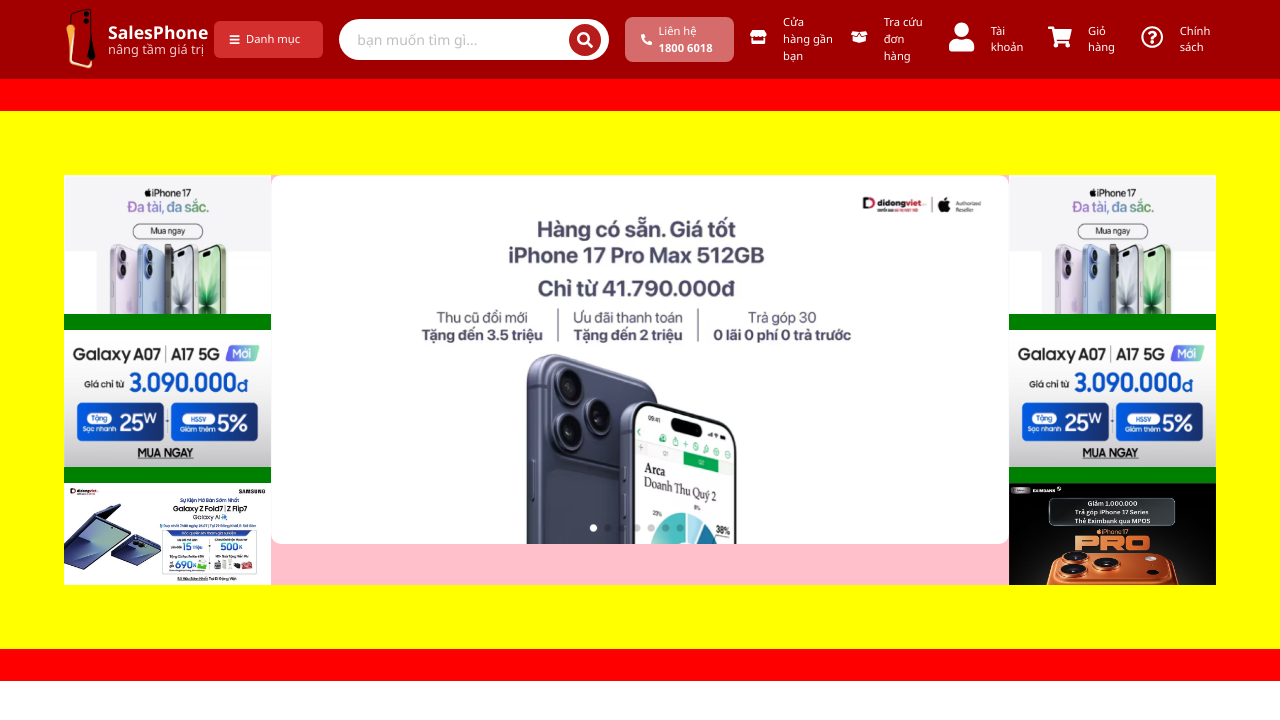
Repository: nguyenhuuluanTTB/cn-da22ttb-nguyenhuuluan-website_salesphone-nextjs_nodejs
Page: /home (app in Project_SalesPhone/client/salesphone/)
An editor plug-in stored every save of this project. The page is shown before and after the next save, followed by the edit.
The browser window is 1280 px wide. The pictures show the whole page.
The project was rebuilt for these pictures with package versions that can differ from the ones it lists, and the page was loaded fresh each time. The framework's server and built-in components were replaced by stand-ins that run in the browser. Also part of the build but not shown: Project_SalesPhone/client/salesphone/next.config.ts.

Above is the page before, as saved 2025-11-06 21:12:15.

### Project_SalesPhone/client/salesphone/app/layout.tsx

import "./globals.css";
import Header from "./components/Header/Header";


import 'bootstrap/dist/css/bootstrap.min.css';

export const metadata = {
  title: "SalesPhone",
  description: "Website bán điện thoại",
};

export default function RootLayout({
  children,
}: {
  children: React.ReactNode;
}) {
  return (
    <html lang="vi">
      <body>
        {/* Thêm Header ở đây */}
        <Header />

        {/* Nội dung trang */}
        {children}
      </body>
    </html>
  );
}

### Project_SalesPhone/client/salesphone/app/home/page.tsx
//Khai báo sẽ chạy component này trên trình duyệt, đồng thời sử dụng hook useState và useEffect,...
"use client"

//file scss này sẽ chỉ được áp dụng riêng cho trang home
import styles from './home.module.scss';
import slideshow1 from './media/slideshow1.png';
import adleft1 from './media/adleft1.png';
import adleft2 from './media/adleft2.png';
import adleft3 from './media/adleft3.png';
import adright3 from './media/adright3.png';
import Image from 'next/image';

export default function Home () {


    return(
        <section className={styles.home}> {/*sử dụng thẻ section sẽ tốt hơn cho seo */}

            <div className={styles.container}> {/*Đây là thẻ container chứa toàn bộ nội dung bên trong (hai bên mép thu lại)*/}

                <div className={styles.advertisement}> {/*advertisement */}

                    <div className={styles.adleft}>
                        <Image src={adleft1} alt='quang cao ben trai 1'/>
                        <Image src={adleft2} alt='quang cao ben trai 2'/>
                        <Image src={adleft3} alt='quang cao ben trai 3'/>
                    </div>

                    <div className={styles.slideshow}>

                        <div id="carouselExampleAutoplaying" className="carousel slide" data-bs-ride="carousel" >
                            <div className="carousel-inner" style = {{borderRadius: '10px'}} >
                                <div className="carousel-item active">
                                <Image src={slideshow1}  alt="..."/>
                                </div>
                                <div className="carousel-item">
                                <Image src={slideshow1}  alt="..."/>
                                </div>
                                <div className="carousel-item">
                                <Image src={slideshow1}  alt="..."/>
                                </div>
                            </div>
                            <button className="carousel-control-prev" type="button" data-bs-target="#carouselExampleAutoplaying" data-bs-slide="prev">
                                <span className="carousel-control-prev-icon" aria-hidden="true"></span>
                                <span className="visually-hidden">Previous</span>
                            </button>
                            <button className="carousel-control-next" type="button" data-bs-target="#carouselExampleAutoplaying" data-bs-slide="next">
                                <span className="carousel-control-next-icon" aria-hidden="true"></span>
                                <span className="visually-hidden">Next</span>
                            </button>
                        </div>

                    </div>

                    <div className={styles.adright}>
                        <Image src={adleft1} alt='quang cao ben trai 1'/>
                        <Image src={adleft2} alt='quang cao ben trai 2'/>
                        <Image src={adright3} alt='quang cao ben trai 3'/>
                    </div>

                </div>

                <img/> {/*adlarge */}

                <div> {/*tab_container */}

                    <div> {/*tab_header */}



                    </div>

                    <div> {/*tab_content */}



                    </div>

                </div>

            </div>

        </section>
    );
}

### Project_SalesPhone/client/salesphone/app/components/Header/Header.tsx
import Link from "next/link";
import Image from "next/image";
import { FaBars, FaPhoneAlt, FaStore, FaBoxOpen, FaUser, FaShoppingCart, FaSearch, FaRegQuestionCircle } from "react-icons/fa";
import styles from "./Header.module.scss";
import logo from "./asset/logo.png";

export default function Header () {
    return(
        <header className={styles.header}>

        <div className={styles.container}>
        {/* Logo */}
        <div className={styles.logo_category}>

            {/* Danh mục */}
            <button className={styles.categoryBtn}>
                <FaBars />
                <span>Danh mục</span>
            </button>

             <div className={styles.logo}>
                <Image src={logo} alt="SalesPhone Logo" width={40} height={40} />
                <div className={styles.logoText}>
                    <span className={styles.brand}>SalesPhone</span>
                    <span className={styles.slogan}>nâng tầm giá trị</span>
                </div>


            </div>

             <Link href="#" className={`${styles.navItem} ${styles.giohang}`}>
                  <FaShoppingCart />
            </Link>

        </div>




        {/* Ô tìm kiếm */}
        <div className={styles.searchBox}>
          <input type="text" placeholder="bạn muốn tìm gì..." />
          <button className={styles.searchBtn}>
            <FaSearch />
          </button>
        </div>

        {/* Liên hệ */}
        <div className={styles.contact}>
          <FaPhoneAlt />
          <div>
            <span>Liên hệ</span> <br/>
            <strong>1800 6018</strong>
          </div>
        </div>



        {/* Các icon chức năng */}
        <nav className={styles.nav}>
          <Link href="#" className={`${styles.navItem} ${styles.cuahangganban}`}>
            <FaStore />
            <span>Cửa hàng gần bạn</span>
          </Link>
          <Link href="#" className={`${styles.navItem} ${styles.tracuudonhang}`}>
            <FaBoxOpen />
            <span>Tra cứu đơn hàng</span>
          </Link>
          <Link href="#" className={`${styles.navItem} ${styles.taikhoan}`}>
            <FaUser />
            <span>Tài khoản</span>
          </Link>
          <Link href="#" className={`${styles.navItem} `}>
            <FaShoppingCart />
            <span>Giỏ hàng</span>
          </Link>
          <Link href="#" className={`${styles.navItem} ${styles.chinhsach}`}>
            <FaRegQuestionCircle />
            <span>Chính sách</span>
          </Link>
        </nav>
      </div>



        </header>



    );
}

### Project_SalesPhone/client/salesphone/app/home/home.module.scss
.home{
    font-family: 'Roboto', sans-serif;
    padding: 2rem 0;
    background-color: red;
}

.container{
    padding: 4rem 4rem;
    background-color: yellow;
}

.advertisement{
    display: flex;
    background-color: blue;
    flex-direction: row;
    justify-content: space-between;
}

.adleft, .adright{
    background-color: green;
    display: flex;
    flex-direction: column;
    gap: 1rem;

    img{
        width: 225px;
    }
}

.slideshow{
    background-color: pink;
    width: 800px;
}

### Project_SalesPhone/client/salesphone/app/components/Header/Header.module.scss
.header {
  background-color: #a20000;
  color: white;
  padding: 8px 20px;
  font-family: "Segoe UI", sans-serif;
}

.container {
  max-width: 1200px; /* Giới hạn chiều rộng */
  margin: 0 auto; /* Căn giữa */
  display: flex;
  align-items: center;
  justify-content: space-between;
  gap: 16px;
  padding: 0 20px; /* thêm khoảng trống 2 bên */
}


.logo {
  display: flex;
  align-items: center;
  gap: 8px;

  .logoText {
    display: flex;
    flex-direction: column;
    line-height: 1.1;

    .brand {
      font-size: 1.1rem;
      font-weight: bold;
    }

    .slogan {
      font-size: 0.8rem;
      opacity: 0.8;
    }
  }
}

.logo_category{
    display: flex;
    align-items: center;
}


.categoryBtn {
  display: flex;
  align-items: center;
  gap: 6px;
  background-color: #d32f2f;
  border: none;
  color: white;
  padding: 10px 15px;
  border-radius: 6px;
  cursor: pointer;
  font-size: 0.7rem;
  margin-left: 30px;
  width: 125px;
  &:hover {
    background-color: #b71c1c;
  }
}

.searchBox {
  display: flex;
  align-items: center;
  background: #fff;
  border-radius: 9999px; /* Bo tròn */
  padding: 4px 8px;
  width: 350px;
  transition: all 0.2s ease;
  color: gray;
  input {
    flex: 1;
    border: none;
    outline: none;
    font-size: 14px;
    padding: 6px 10px;
    background: transparent;
  }

  button {
    border: none;
    background: #b71c1c; /* màu đỏ chủ đạo */
    color: white;
    border-radius: 50%;
    width: 32px;
    height: 32px;
    display: flex;
    align-items: center;
    justify-content: center;
    cursor: pointer;
    transition: background 0.2s ease;
  }

  button:hover {
    background: #d32f2f; /* đỏ sáng hơn khi hover */
  }

  &:focus-within {
    box-shadow: 0 0 0 2px #ffcdd2; /* hiệu ứng khi nhập */
  }
}


.contact {
  display: flex;
  align-items: center;
  gap: 6px;
  background-color: #d66b6b;
  border-radius: 8px;
  padding: 6px 16px;
  width: 140px;
  font-size: 0.7rem;

  strong {
    display: block;
  }
}

.nav {
  display: flex;
  align-items: center;
  gap: 18px;

  .navItem {
    display: flex;
    flex-direction: row;
    align-items: center;
    color: white;
    font-size: 0.7rem;
    text-decoration: none;
    transition: opacity 0.2s;
    gap: 1rem;

    svg {
      font-size: 2rem;
      margin-bottom: 4px;
    }

    &:hover {
      opacity: 0.8;
    }

  }
}

.giohang svg{
  display: none;
}

.logo_category{
  display: flex;
  flex-direction: row-reverse;
}

/* --------------------------- */
/* RESPONSIVE - MOBILE VERSION */
/* --------------------------- */

@media (max-width: 1095px) {
  .container {
    flex-wrap: wrap;
    justify-content: space-between;
    gap: 12px;
  }

  .categoryBtn span {
    display: none; /* Ẩn chữ Danh mục */
  }

  .contact,
  .nav {
    display: none; /* Ẩn các phần không cần ở mobile */
  }

  .searchBox {
    width: 100%;
    order: 3; /* Đưa xuống hàng dưới cùng */
    max-width: none;
  }

  .logo {
    flex: 1;
    justify-content: center;
  }

  .categoryBtn,
  .logo,
  .navItem:last-child {
    flex-shrink: 0;
  }

  /* Giỏ hàng giữ bên phải */
  .nav {
    display: flex;
    justify-content: flex-end;
    flex: 1;
  }

  .navItem span {
    display: none; /* Ẩn chữ, chỉ giữ icon */
  }

  .navItem svg {
    font-size: 1.4rem;
  }

  .logo_category{
      width: 100%;
      display: flex;
      align-items: center;
      flex-direction: row;
  }

  .navItem svg{
    display: none;
  }

  .categoryBtn{
    width: 50px;
    height: 50px;
    font-size: 1.3rem;
  }

  .cuahangganban svg, .tracuudonhang svg, .taikhoan svg, .chinhsach svg{
    display: none;
  }

  .giohang svg{
    display: block;
    font-size: 2rem;
  }

  .categoryBtn {
    margin-left: 0;
  }
}

Loaded but not shown: Project_SalesPhone/client/salesphone/app/globals.css (common file)

After the next save:
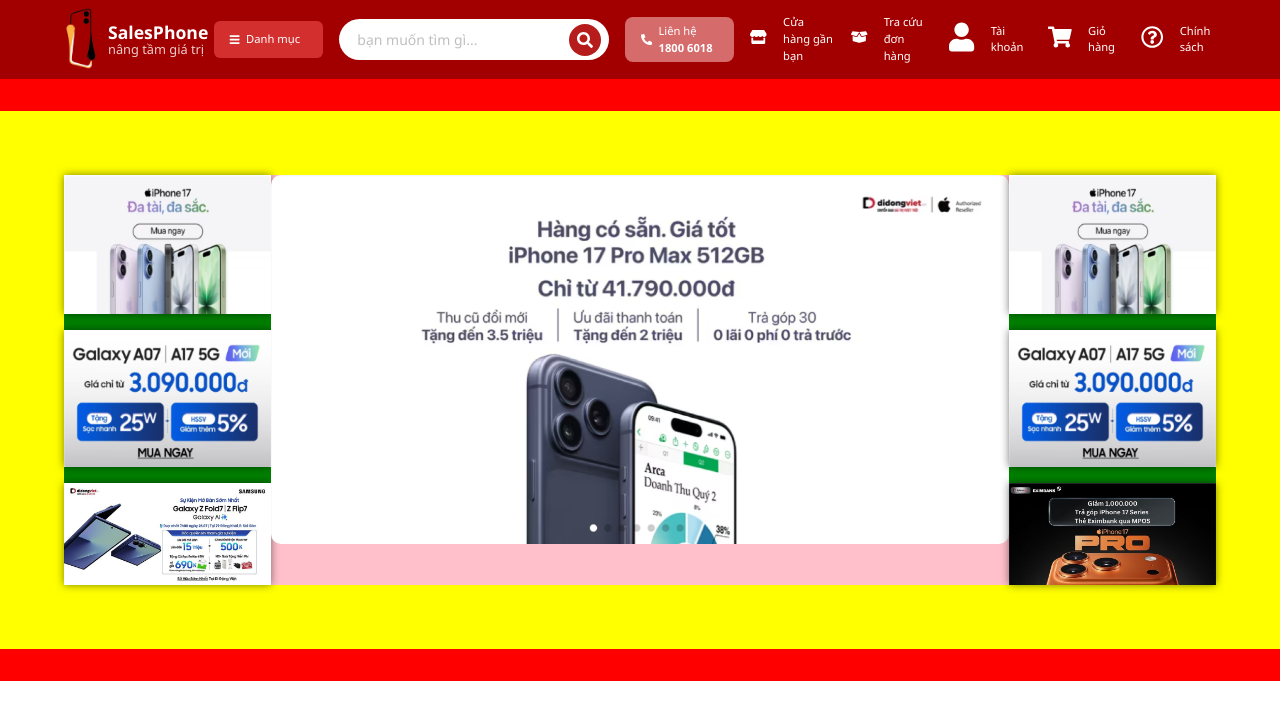
Saved 57 s later.
--- a/Project_SalesPhone/client/salesphone/app/home/home.module.scss
+++ b/Project_SalesPhone/client/salesphone/app/home/home.module.scss
@@ -24,6 +24,7 @@
 
     img{
         width: 225px;
+        filter: drop-shadow(0px 0px 4px rgba(0,0,0,0.5))
     }
 }
 
